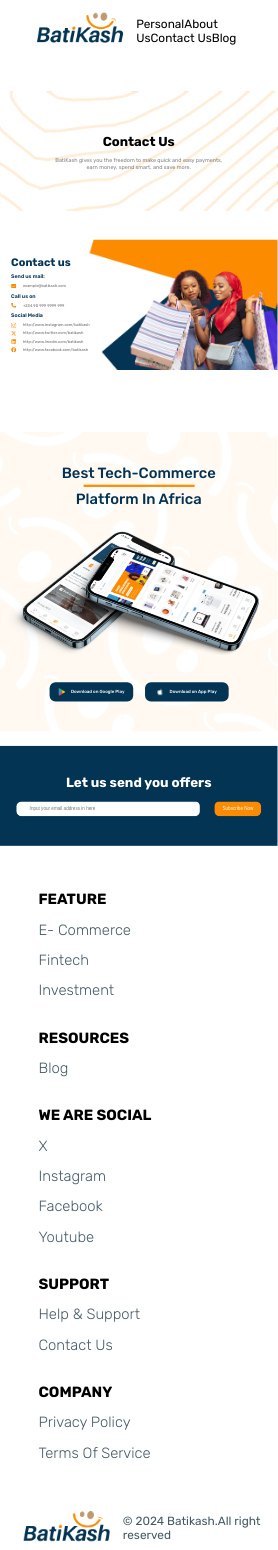
Repository: Batikashdev/batikash-website
Page: /contact
The author's editor kept a copy of each file at every save. The page is drawn from the files as they stood at one save, then again after the next save.
The browser window is 375 px wide. The pictures show the whole page, at 74% of full size.
The project was rebuilt for these pictures with package versions that can differ from the ones it lists, and the page was loaded fresh each time. Also part of the build but not shown: vite.config.js, src/App.css, src/pages/About.jsx, src/components/blog/blog.scss, src/components/blog/BlogPost.jsx, src/components/blog/Frame1.jsx, src/components/blog/dummydate.js, src/pages/Blog.jsx and 7 more.

Above is the page before, as saved 2024-06-22 17:26:56.

After the next save:
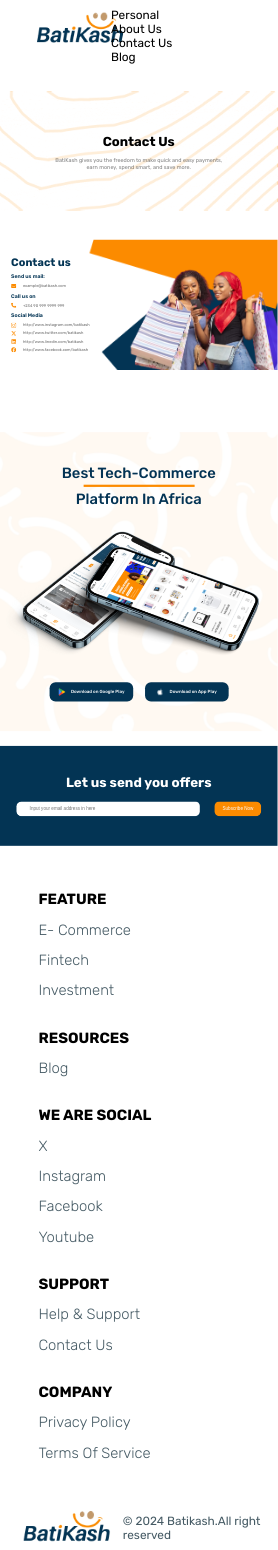
Saved 5 min 6 s later.
--- a/src/components/navbar/navbar.scss
+++ b/src/components/navbar/navbar.scss
@@ -14,7 +14,13 @@
         font-weight: 400;
         flex: 1;
         gap: 50px;
+        :active {
+            color: #FC8B00;
+        }
 
+    }
+    .mobile-nav {
+        display: none;
     }
 
 }
@@ -25,6 +31,17 @@
         .right-nav {
             display: none;
         }
+
+        .mobile-nav {
+            display: flex;
+            flex-direction: column;
+            position: absolute;
+            right: 0;
+            top: 10px;
+            text-align: left;
+            width: 60vw;
+            height: 100vh;
+        }
     }
 
 
